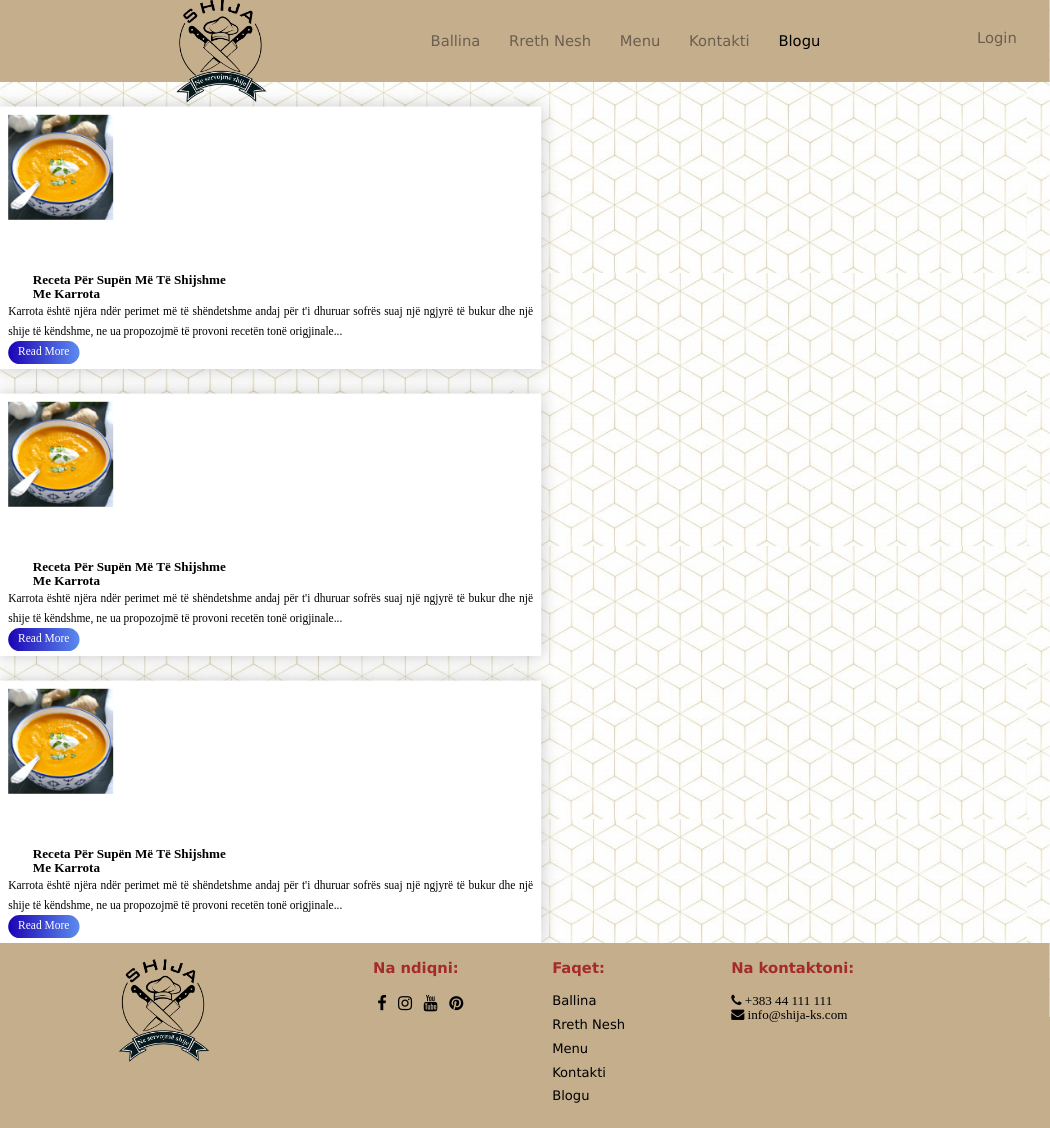
Repository: bs47892/ProjektiWeb-Shija2020
Page: blog.html
The author's editor kept a copy of each file at every save. The page is drawn from the files as they stood at one save, then again after the next save.
The browser window is 1280 px wide. The pictures show the whole page, at 82% of full size.
Some web fonts or font styles are not loaded; a fallback is used.

Above is the page before, as saved 2021-03-09 21:36:33.

### blog.html
<!DOCTYPE html>
<html lang="en" dir="ltr">
    <head>
        <meta charset="utf-8">
<title> Restaurant Shija </title>
<link rel="stylesheet" type="text/css" href ="style.css">
<link rel="stylesheet" href="https://stackpath.bootstrapcdn.com/font-awesome/4.7.0/css/font-awesome.min.css">
<link rel="preconnect" href="https://fonts.gstatic.com">

<link href="https://fonts.googleapis.com/css2?family=Dancing+Script&family=EB+Garamond&family=Lovers+Quarrel&display=swap" rel="stylesheet">
    </head>
    <body>
       <header class="header">
           <div class ="container">
               <div class="logo">
            <img src="images/logo-png.png" alt="llogo" width="110" height="125"/>
               </div>
           <nav>
            <ul>
                <li><a href="shija.html" class="underline">Ballina</a></li>
                <li><a href="RrethNesh.html" class="underline">Rreth Nesh</a></li>
                <li><a href="menu.html" class="underline">Menu</a></li>
                <li><a href="kontakti.html" class="underline">Kontakti</a></li>
                <li><a href="blog.html" class="underline active">Blogu</a></li>
            </ul>
            </nav>
            <li><a href="login/login.html" class="rightlog">Login</a></li>


           </div>
        </header>
 <!--********************Ketu perfundon tagu per header*****************************-->
<div class="artikuj">
    <div class="artikulli1">
    <div class="ar1">

        <img src="images/foto_artikulli1.jpg">
        <h2><a href="#">Receta Për Supën Më Të Shijshme<br> Me Karrota</a></h2>
        <p class="content">Karrota është njëra ndër perimet më të shëndetshme
            andaj për t'i dhuruar sofrës suaj një ngjyrë të bukur dhe një shije
            të këndshme, ne ua propozojmë të provoni recetën tonë origjinale...
        </p>
        <p><a href="" class="read-more-btn">Read More</a></p>
    </div>
    </div>
    <div class="artikulli2">
        <div class="artikulli1">
            <div class="ar1">

                <img src="images/foto_artikulli1.jpg">
                <h2><a href="#">Receta Për Supën Më Të Shijshme<br> Me Karrota</a></h2>
                <p class="content">Karrota është njëra ndër perimet më të shëndetshme
                    andaj për t'i dhuruar sofrës suaj një ngjyrë të bukur dhe një shije
                    të këndshme, ne ua propozojmë të provoni recetën tonë origjinale...
                </p>
                <p><a href="" class="read-more-btn">Read More</a></p>
            </div>
            </div>
    </div>
    <div class="artikulli3">
        <div class="artikulli1">
            <div class="ar1">

                <img src="images/foto_artikulli1.jpg">
                <h2><a href="#">Receta Për Supën Më Të Shijshme<br> Me Karrota</a></h2>
                <p class="content">Karrota është njëra ndër perimet më të shëndetshme
                    andaj për t'i dhuruar sofrës suaj një ngjyrë të bukur dhe një shije
                    të këndshme, ne ua propozojmë të provoni recetën tonë origjinale...
                </p>
                <p><a href="" class="read-more-btn">Read More</a></p>
            </div>
            </div>
    </div>

</div>



 <!--**************************Ketu fillon footeri**********************************-->
<footer class="footer">
    <div class="inner_footer">
        <div class="logo">
            <img src="images/logo-png.png" alt="llogo" width="110" height="125"/>
        </div>
        <div class ="footer_third">

            <h3>Na ndiqni: </h3>
            <p>

            </p>
            <div class="socials">
            <ul>
            <li><a href="#"><i class="fa fa-facebook"></i></a></li>
            <li><a href="#"><i class="fa fa-instagram"></i></a></li>
            <li><a href="#"><i class="fa fa-youtube"></i></a></li>
            <li><a href="#"><i class="fa fa-pinterest"></i></a></li>
            </ul>
            </div>
        </div>
        <div class ="footer_third">
            <h3>Faqet: </h3>
            <p>

            </p>
            <div class="menu">
            <ul>
                <li><a href="shija.html">Ballina</a></li>
                <li><a href="RrethNesh.html">Rreth Nesh</a></li>
                <li><a href="menu.html">Menu</a></li>
                <li><a href="kontakti.html">Kontakti</a></li>
                <li><a href="blog.html">Blogu</a></li>
            </ul>
            </div>
            </div>

        <div class ="footer_third">
            <h3>Na kontaktoni: </h3>
            <p>

            </p>
            <div class="kontakti">
                <i class="fa fa-phone"> +383 44 111 111</i>
            <i class ="fa fa-envelope"> info@shija-ks.com</i>
            </div>
        </div>





    </footer>
    </body>
</html>

### style.css
*{
    margin:0;
    padding:0;
    list-style: none;
    text-decoration: none;
}
body{
    background-image:url(images/mainbackground.jpg);
}


header{
    min-height: 100px;
    background-color: rgb(196, 174, 140);
}
.logo {

    float:left;
    padding: 0 200px 0 215px;

}
nav ul li{
    float: left;
    line-height: 100px; /*text in the center*/
    padding-right: 15px;
}

nav ul li a{
    display: block;
    font-size: 18px;
    font-family:Verdana, Geneva, Tahoma, sans-serif;
    color:rgba(44, 37, 37, 0.582);
    padding: 0px 20px 1px 0px;

}

nav ul li a:hover{
    color:rgb(0, 0, 0);
}

.underline {
    display: inline;
    position: relative;
    user-select: none;
}



.underline::before {
    content: '';
    position: absolute;
    width: 100%;
    transform: scaleX(0);
    height: 3px;
    bottom: 0;
    left: 0;
    background-color: #000000c4;
    transform-origin: center;
    transition: transform 0.30s ease-out;
}
.underline:hover::before {
    transform: scaleX(1);
    transform-origin: center;
}

.active {
    color: black;
}
footer{
    position: relative;;    /*rreshti 47 dhe 48 e definojne poziten e footerit*/
    bottom: 0;
    width: 100vw;
    display: block;
    overflow: hidden;
    padding: 20px 0;
    box-sizing: border-box;
    background-color: rgb(196, 174, 140);
}
.inner_footer{
    display: block;
    margin: 0 auto;
    width: 1100px;
}
.inner_footer .logo{
   padding-left: 5%;

}
.inner_footer .footer_third{

  width: calc(21.666666667% - 20px);
  display: inline;
    float:left;
    height:100%
}
.inner_footer .footer_third:last-child{
    margin-right:0;
}
.inner_footer .footer_third h3{
    font-family: Verdana, Geneva, Tahoma, sans-serif;
    font-size:18px;
    color: brown;
    display:block;
    width: 100%;
    margin-bottom:20px;
}
.inner_footer .footer_third .socials a{
    font-family: Verdana, Geneva, Tahoma, sans-serif;

    display:block;
    color: black;
    font-weight:200;
    width: 100%;
    padding-bottom:20px;
}
.inner_footer .footer_third .socials li{
    display: inline-block;
    padding: 0 5px;
    font-size: 20px;
}
.inner_footer .footer_third .menu a{
    font-family:Verdana, Geneva, Tahoma, sans-serif;
    display:block;
    color: black;
    padding-bottom:10px;
}

.rightlog {
    float: right;
    display: block;
    font-size: 18px;
    font-family:Verdana, Geneva, Tahoma, sans-serif;
    color:rgba(44, 37, 37, 0.582);
    padding: 35px 40px 35px 35px;
}

.rightlog:hover {
    color: black;
}
/*main page (slider)*/
.slider{


    transform: translate(-25%, 0%);
       width:800px;
       height:500px;
       border-radius: 10px;
       overflow:hidden;

   }
   .slides{
       width:500%;
       height: 500px;
       display: flex;
   }
   .slides input{
       display: none;
   }
   .slide{
       width:20%;
       transition: 2s;
   }
   .slide img{
       width:800px;
       height:500px;
   }
   .navigation-manual{
   position: absolute;
   width:800px;
   margin-top: 460px;
   display: flex;
   justify-content: center;

   }
   .manual-btn{
       border:2px solid black;
       padding: 5px;
       border-radius: 10px;
       cursor:pointer;
       transition:1s;
   }
   .manual-btn:not(:last-child){
       margin-right: 40px;
   }
   .manual-btn:hover{
       background-color: black;

   }
   #radio1:checked ~ .first{
       margin-left:0;
   }
   #radio2:checked ~ .first{
       margin-left:-20%;
   }
   #radio3:checked ~ .first{
       margin-left:-40%;
   }
   #radio4:checked ~ .first{
       margin-left:-60%;
   }
   .navigation-auto{
       position: absolute;
       display: flex;
       width:800px;
       justify-content: center;
       margin-top: 460px;
   }
   .navigation-auto div{
       border:2px solid black;
       padding:5px;
       border-radius:10px;
       transition: 1s;
   }
   .navigation-auto div:not(:last-child){
       margin-right: 40px;
   }
   #radio:checked ~ .navigation-auto.auto-btn1{
       background: black;
   }
   #radio:checked ~ .navigation-auto.auto-btn2{
       background: black;
   }
   #radio:checked ~ .navigation-auto.auto-btn3{
       background: black;
   }
   #radio:checked ~ .navigation-auto.auto-btn4{
       background: black;
   }
   /*main slider perfundon ketu*/

   /*sllogani*/
   .sllogani{
       display:block;
       border:2px dotted rgb(196, 174, 140);
       height: 200px;
       width: 100%;
       background-color:white;
       margin-top: 50px;
   }
   .sllogani h1{
      font-size: 500%;
      font-family:  'Dancing Script', cursive;
      color: rgb(102, 69, 65);
      margin-top: 50px;
      margin-left: 30%;

   }
   /*perfundoi sllogani*/
   /*specialitet*/
   .specialiteti{
       display: block;
       border:1px solid white;
       height: 400px;
       width:100%;

   }
   .specialiteti img{
       float:left;
       margin-top:100px;
       margin-left: 20px;
       size: 275, 153;
   }
   .specialiteti h1{
       font-size: 300%;
       margin-top: 80px;
       font-family: 'EB Garamond', serif;
       font-style: italic;
   }
   .specialiteti p{
       float:right;
       font-size: 180%;
       margin-top: 25px;
       margin-right: 50px;
       line-height: 35px;
       font-family: 'EB Garamond', serif;
   }
   /*perfundon specialiteti*/
   .lokacioni{
    display: block;
    border:1px solid white;
    height: 500px;
    width:100%;
    background-color: white;

   }
.lokacioni img{
 float: left;
 margin-left: 50px;
}
.lokacioni h1{
    font-family: 'EB Garamond', serif;
    font-style: italic;
    margin-top: 50px;
    margin-left: 600px;
}
.lokacioni p{
float: right;
margin-right: 300px;
margin-top:50px;
font-size: 130%;
line-height: 50px;
font-family: 'EB Garamond', serif;
}
.lokacioni p i{
    color:rgb(143, 96, 91);
}

/* Rreth nesh */
.body02 {
    background-image:url(images/rrethdesc.png);
    height: 600px;
    width: 1536px;
}
.about-section{
    font-family: Verdana, Geneva, Tahoma, sans-serif;
}

.inner-container{
    height: 400px;
    font-family: 'Poppins', sans-serif;
}

.inner-container h1{
    font-size: 30px;
    font-weight: 900;
}

.text{
    font-size: 20px;
    color: #545454;
    line-height: px;
    text-align: justify;

}

h1 {
    margin-left: 41%;
    padding-top: 5px;
}

h2 {
    padding-top: 50px;
    padding-left: 30px;
}

p {
    line-height: 24px;
}

/*Menu fillon ketu*/
.menuja{
    border:3px dotted brown;
    border-radius: 10px;
    height: auto;
    width: 60%;
margin-left: 20%;
margin-top: 30px;
margin-bottom: 30px;
}
.menuja h1{
    font-family: 'Dancing Script', cursive ;
    font-size: 500%;
}
.menuja .titull{
    border: 1px solid black;
    height: 40px;
    width: 150px;
    text-align: center;
    background-color: coral;
    margin-left: 40%;
    margin-top: 50px;
}
.menuja .titull h2{
padding:0;
font-family: 'EB Garamond', serif;
}
.menuja ul{
    font-family: 'EB Garamond', serif;
    margin-left: 30px;
    margin-top: 15px;
    font-size: 200%;
    margin-bottom: 15px;

}
/*Menu perfundon ketu*/


/*Contact Form fillon ketu*/

.containerc {
    max-width: 700px;
    width: 100%;
    margin: 0% 30% 30% 28% ;
    position: relative;
  }

  #contact input[type="text"],
  #contact input[type="email"],
  #contact input[type="tel"],
  #contact input[type="url"],
  #contact textarea,
  #contact button[type="submit"] {
    font: 400 12px/16px "Roboto", Helvetica, Arial, sans-serif;
  }

  #contact {
    background: #F9F9F9;
    padding: 25px;
    margin: 150px 0;
    box-shadow: 0 0 20px 0 rgba(0, 0, 0, 0.2), 0 5px 5px 0 rgba(0, 0, 0, 0.24);
  }

  #contact h3 {
    display: block;
    font-size: 40px;
    font-weight: 300;
    margin-bottom: 10px;
    text-align:center;
    font-family: Fjalla One, sans-serif;
  }

  #contact h4 {
    margin: 5px 0 15px;
    display: block;
    font-size: 13px;
    font-weight: 400;
    text-align: center;
    font-family: Fjalla One, sans-serif;
  }

  fieldset {
    border: medium none !important;
    margin: 0 0 10px;
    min-width: 100%;
    padding: 0;
    width: 100%;
  }

  #contact input[type="text"],
  #contact input[type="email"],
  #contact input[type="tel"],
  #contact input[type="url"],
  #contact textarea {
    width: 100%;
    border: 1px solid #ccc;
    background: #FFF;
    margin: 0 0 5px;
    padding: 10px;
    font-family: Arial, Helvetica, sans-serif;
  }

  #contact input[type="text"]:hover,
  #contact input[type="email"]:hover,
  #contact input[type="tel"]:hover,
  #contact input[type="url"]:hover,
  #contact textarea:hover {
    -webkit-transition: border-color 0.3s ease-in-out;
    -moz-transition: border-color 0.3s ease-in-out;
    transition: border-color 0.3s ease-in-out;
    border: 1px solid #aaa;
    font-family: Arial, Helvetica, sans-serif;
  }

  #contact textarea {
    height: 100px;
    max-width: 100%;
    resize: none;
  }

  #contact button[type="submit"] {
    cursor: pointer;
    width: 100%;
    border: none;
    background: #000000e1;
    color: rgb(255, 255, 255);
    margin: 0 0 5px;
    padding: 10px;
    font-size: 15px;
    border: 3px solid black;
    border-radius: 10px;
  }

  #contact button[type="submit"]:hover {
    background: rgba(255, 255, 255, 0);
    color: rgb(11, 59, 11);
    border: 3px solid black;
    -webkit-transition: background 1s ease-in-out;
    -moz-transition: background 1s ease-in-out;
    transition: background-color 1s ease-in-out;
  }

  #contact button[type="submit"]:active {
    box-shadow: inset 0 1px 3px rgb(126, 0, 0);
  }

  .copyright {
    text-align: center;
  }

  .aboutlink {
    font-size: 18px;
    color: #000000;
  }

  .aboutlink:hover {
    font-size: 18.9px;
  }

  #contact input:focus,
  #contact textarea:focus {
    outline: 0;
    border: 1px solid #aaa;
  }

  ::-webkit-input-placeholder {
    color: #888;
  }

  :-moz-placeholder {
    color: #888;
  }

  ::-moz-placeholder {
    color: #888;
  }

  :-ms-input-placeholder {
    color: #888;
  }

  /*CSS per faqe blog*/

  .ar1{
      margin-top: 30px;
      box-shadow: 0px 0px 20px 1px rgba(0, 0, 0, 0.2);
      max-width: 50%;
      max-height: 50%;
      padding:10px;
      background-color: #fff;
  }
  .ar1 img {
      max-height: 20%;
      max-width: 20%;
  }

  .content{
      font-size:14px;
      text-align: justify;
  }
  .ar1 h2{
      margin-top: 10px;
      font-size: 16px;

  }
  .ar1 h2 a{
      color:black;
  }
  .read-more-btn{
      background-image: linear-gradient(to right, #1c03b5, #5c8bef);
      padding:5px 12px 8px;
      border-radius: 20px;
      line-height: 20px;
      font-size: 14px;
      color: #fff;
      border:none;
  }
  .read-more-btn:hover{
      background-image: linear-gradient(to right, #006417, #00b128);
      text-decoration: none;
      color:#fff;
  }
/*
  .artikuj {
      clear:both;
      margin-left: 100px;
      margin-top: 40px;




  }
  .artikuj img{
      max-height: 20%;
      max-width: 20%;

  }
  .artikuj h2 {
   padding-top:0%;
   padding-left: 0%;
   font-size: 18px;

  }
  .artikuj h2 a{
      color: black;
      font-family: 'EB Garamond', serif;
  }

After the next save:
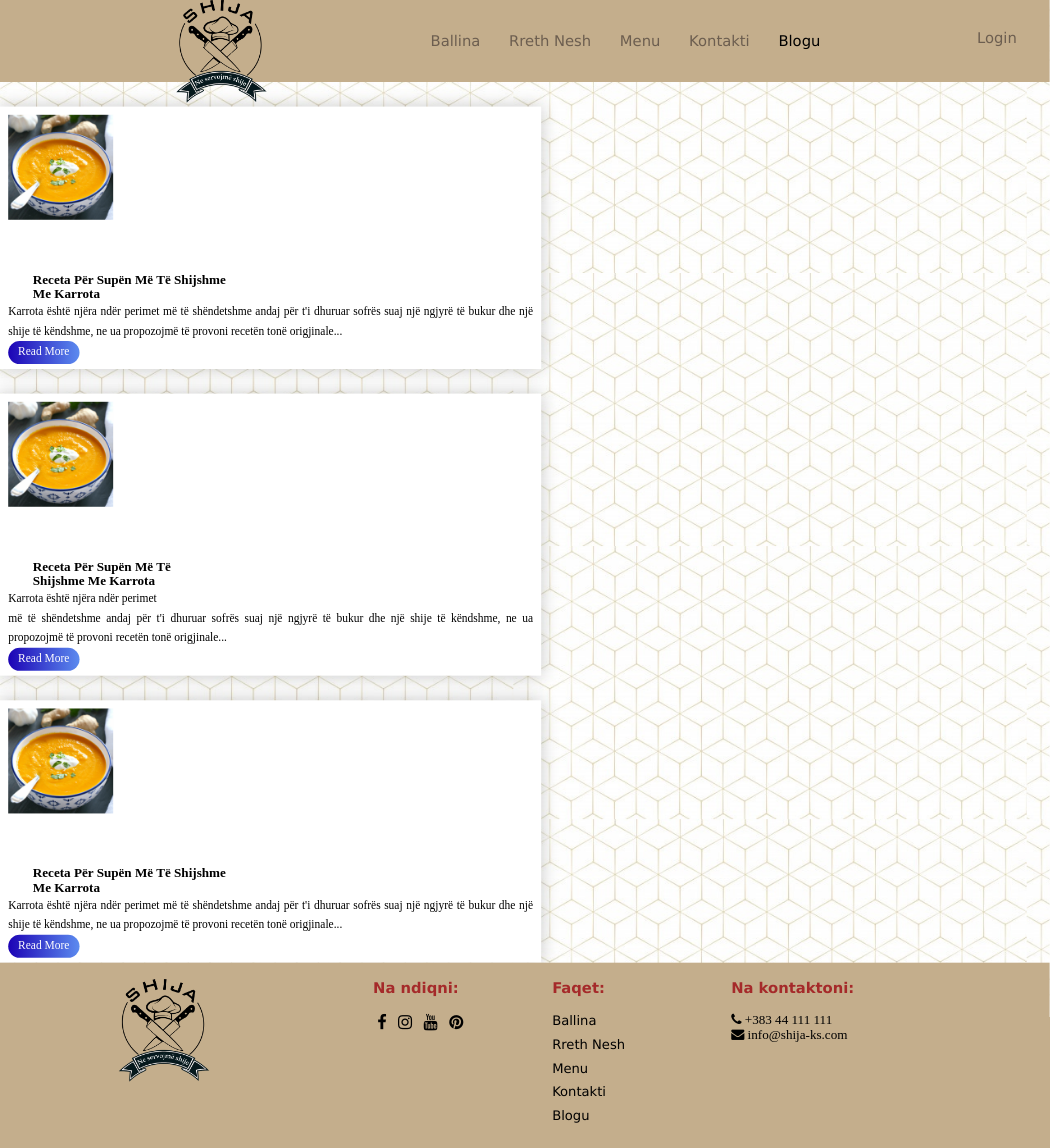
Saved 56 s later.
--- a/blog.html
+++ b/blog.html
@@ -48,8 +48,8 @@
             <div class="ar1">
 
                 <img src="images/foto_artikulli1.jpg">
-                <h2><a href="#">Receta Për Supën Më Të Shijshme<br> Me Karrota</a></h2>
-                <p class="content">Karrota është njëra ndër perimet më të shëndetshme
+                <h2><a href="#">Receta Për Supën Më Të <br>Shijshme Me Karrota</a></h2>
+                <p class="content">Karrota është njëra ndër perimet<br> më të shëndetshme
                     andaj për t'i dhuruar sofrës suaj një ngjyrë të bukur dhe një shije
                     të këndshme, ne ua propozojmë të provoni recetën tonë origjinale...
                 </p>
